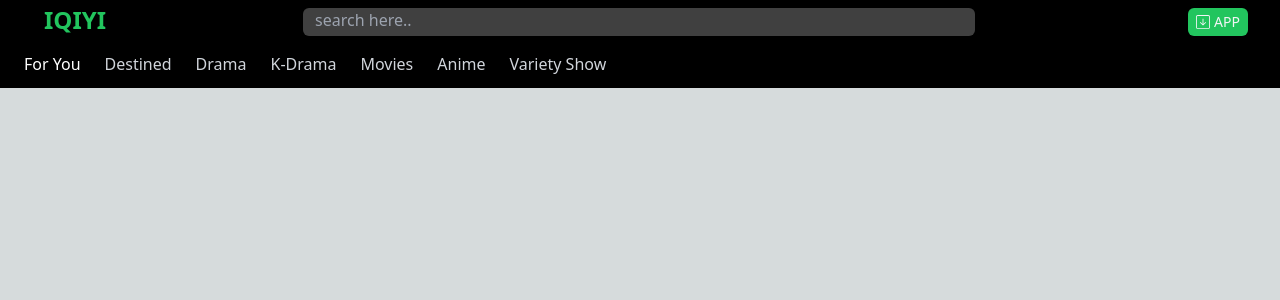
Repository: cozocozy/iqiyi-clone
Page: /
The author's editor kept a copy of each file at every save. The page is drawn from the files as they stood at one save, then again after the next save.
The browser window is 1280 px wide. The pictures show the whole page.
The project was rebuilt for these pictures with package versions that can differ from the ones it lists, and the page was loaded fresh each time. The framework's server and built-in components were replaced by stand-ins that run in the browser. Also part of the build but not shown: next.config.js.

Above is the page before, as saved 2023-07-16 10:53:59.

After the next save:
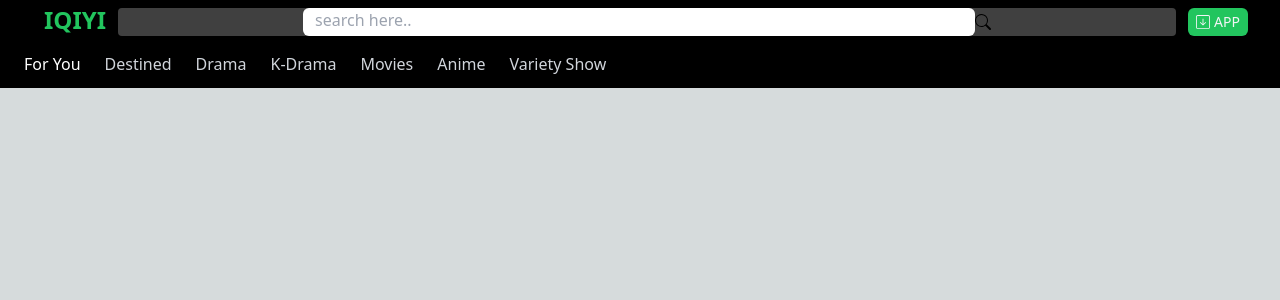
Saved 8 s later.
--- a/pages/components/Header.tsx
+++ b/pages/components/Header.tsx
@@ -15,8 +15,8 @@
         </div>
 
         {/* middle part */}
-        <div className="flex justify-center items-center w-full mt-1 rounded ">
-          <input className="border-none rounded rounded-md bg-neutral-700 w-full max-w-2xl pl-3 pb-1" placeholder="search here.." autoComplete="off"></input>
+        <div className="flex justify-center items-center w-full mt-1 rounded bg-neutral-700 ">
+          <input className="border-none rounded rounded-md  w-full max-w-2xl pl-3 pb-1" placeholder="search here.." autoComplete="off"></input>
           <button className="">
             <BsSearch />
           </button>
